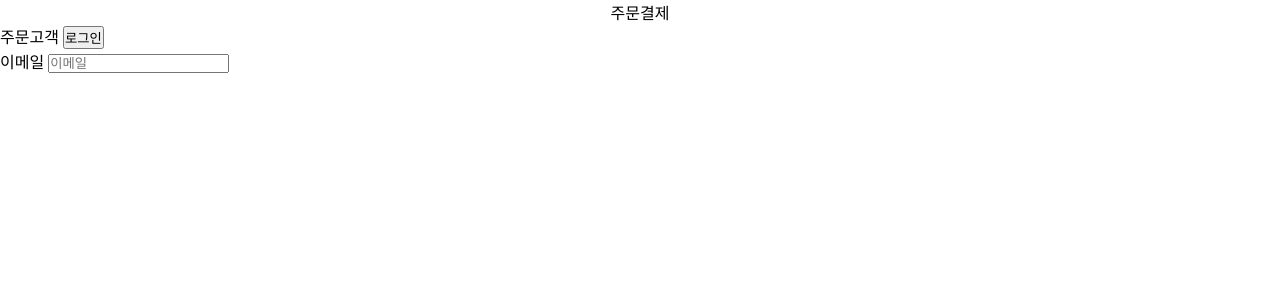
Repository: seungsu12/carrot
Page: http://localhost/carrot/orderform.jsp
An editor plug-in stored every save of this project. The page is shown before and after the next save, followed by the edit.
The browser window is 1280 px wide. The pictures show the whole page.
The page is served by Tomcat 9. Other server files are loaded and not shown.

Above is the page before, as saved 2021-09-09 01:36:33.

### carrot/WebContent/orderform.jsp
<%@ page language="java" contentType="text/html; charset=UTF-8"
    pageEncoding="UTF-8"%>
<!DOCTYPE html>
<html>
<head>
<meta charset="UTF-8">
<title>주문하기</title>
<link href="css/style.css?v=2" rel="stylesheet" type="text/css" />
<style>

</style>
</head>
<body>

	<div class="order_form_wrapper">
		<div class="order_title center">
			<span>주문결제</span>
		</div>
		<div>
			<div class="order_main">
				<div>
					<span>주문고객</span>
					<button>로그인</button>
				</div>
				<div>
					<label>이메일</label>
					<input type="email" name="email" placeholder="이메일">

				</div>
			</div>

			<div class="order_aside">

			</div>
		</div>


	</div>
</body>
</html>

### carrot/WebContent/css/style.css
@import "header.css";

@import "home.css";

@import "footer.css";

@import "signup.css";

@import "login.css";

@import "shoes.css";

.center{
	display:flex;
	justify-content :center;
	flex-direction : column;
	align-items : center;
}
*{
	margin:0;
	padding:0;
	box-sizing :border-box;
}

### carrot/WebContent/css/header.css
#header_wrap{
	margin : 0 auto 0 auto;
	height: 120px;
	display :grid;
	grid-template-columns: 0.6fr minmax(495px, 20%) minmax(495px,40%) minmax(450px ,27%) 0.6fr;
	grid-template-rows : 1fr 2fr ;


}
a{
	text-decoration: none;
}

 .header_item:nth-child(1){
	grid-column :1/2;
	grid-row :1/3;
	border :none;
	border-right: 1px solid grey;
}

.header_item:nth-child(2) a{
	height: 80px;
	text-decoration :none;
	border-bottom: 1px solid grey;
}
.header_item:nth-child(3){

	border-left: 1px solid grey;
	border-right: 1px solid grey;
}
.header_item:nth-child(4) div{
	position : relative;
	top:8px;
	left : 10px;

}
.header_item:nth-child(4) ul li{
	margin-right:40px;
	display:inline-block;
	text-decoration : none
}
.header_item:nth-child(4) ul li a{
	text-decoration : none;
	color : black;
	font-size:1.1em;
	margin-right: 5px

}
.header_item:nth-child(4) ul li a:hover{
	color : blue;
}
.header_item:nth-child(5){
	grid-row:1/3;
	grid-column: 5/6;
	border:none;
	border-left: 1px solid grey;
	font-family: 'Odibee Sans', cursive;
}

.header_item:nth-child(6) {
	text-decoration : none;
    color: unset;
 	grid-column:2/4;
 	grid-row:2/3;
 	border-top: solid 1px grey;
  	border-bottom: solid 1px grey;
}
.header_item:nth-child(6) a{
	text-decoration :none;
	font-size: 48px;
	position:relative;
	left : 35px;
	top: 10px;
	color: black;

}
.header_item:nth-child(7){
	border-top:1px solid grey;
	border-bottom: 1px solid grey;
	font-family: 'Odibee Sans', cursive;
}
/* .header_item:nth-child(7) ul li{
	display :inline-block;
}	 */

.header_item:nth-child(7) ul li a {
	text-decoration : none;
	color : black;
	font-size : 1.5em;
}

.header_item:nth-child(7) ul li a:hover {
	color :blue;
}
.header_item:nth-child(7) ul ul{
	display : none;
	position: absolute;
	line-height:62px;

}

.header_item:nth-child(7) ul ul li{
	float:none;

}
.header_item:nth-child(7) ul li:hover ul{
	display :block;
}

.sub_menu li a{
	font-size:1.5em;
}

.header_navybar {
	margin-right : 55px;
	position:relative;
	top : 24px;
	display: inline-block;
}
.sub_menu{
	width:108px;
	margin-top:28px;
	background : beige;
}
.sub_menu li{
	display : flex;
	justify-content : center;
}
#input_wrapper{
	display :flex;
	height:40px;
	border:none;
}

#header_input{
	width: 85%;
	margin-right: 10px;
	margin-left : 10px;
	border:none;
	height: 20px;
	position: relative;
	top : 10px;


}
#header_submit{
	border : none;
	border-radius: 0.9em;
	width:9%;
	background: white;
	font-size: 0.4em;
	font-size : 0.9em;

}
#header_submit:hover{
	background: grey;

}
.header_item:nth-child(3):hover{
	background : #CEC9C9;
}

### carrot/WebContent/css/home.css


#title{
	font-size : 1px;

}

#h1{
	border : 1px solid black;
}

#join_top{
	display: float;
	margin:0;
	text-align:center;
	height : 80px;
}

#mid{

	margin : 0 auto 0 auto;
	max-width:1000px;

}


.main{

	margin : 0 auto 0 auto;

	display : flex;
	align-items : center;
	justify-content : center;




}
.main_img{
	width : 1220px;
	height: 720px;

}
.main_text{
	font-size: 3.7em;

	position: relative;
	bottom : 180px;
	font-family : fantasy;


}
.main_wrapper{
	width: 1600px;
	height: 800px;
	display: flex;
	align-items: center;
	justify-content : space-between
}

### carrot/WebContent/css/footer.css
.footer_wrapper{
	background : #e2e4e0;
	height:360px;
 	margin : 0 auto 0 auto;
 	display : grid;
	grid-template-columns :  1fr 2fr 1fr 1fr 1fr 1fr 1fr 1fr;
	grid-template-rows : 0.5fr 1fr 4fr
}


.footer_wrapper div:nth-child(1){
	grid-column : 1/2;
	grid-row: 1/4;
}
.footer_wrapper div:nth-child(2){
	grid-column : 2/8;
}
.footer_wrapper div:nth-child(3){

	grid-column: 8/9;
    grid-row: 1/4;
}

.footer_header{
	grid-row:2/3;
	grid-column : 2/8;
	height: fit-content;

	display :grid;
	grid-template-columns : 5fr 2fr;
	grid-template-rows: 1fr;
}

.footer_icon{
	width: 100%;
	display: flex;
	justify-content: space-evenly;
	align-items: center;

}
.footer_icon i {
	font-size : 40px;
}


.logo {
	height: 100px;
	width: 100px;
}
.footer_itmes div{
	text-align: center;

}

.footer_items_list ul li{
	list-style : none;
	padding: none;
	line-height: 23px;
}
.footer_items_list ul li a{
	text-decoration: none;
	color : black;
}

.footer_items_title{
	font-weight: bold;
	font-size: 1.1em
}
.footer_icon_img img{
	border-radius : 50% 50%;
}

### carrot/WebContent/css/signup.css
#sign_pwd2{
	font-size:14px;
}
.sign_title a{
	text-decoration : none;
	color : black;
}
.sign_wrapper{

	width: 60%;
	margin : 50px auto 0 auto;
	display : flex;
	flex-direction:column;
	align-items: center;


}
.sign_title{

	margin : 25px auto 20px auto;
}
.sign_title a{
	font-size: 69px;

}


.sign_box {
	min-width:560px;
	display: flex;
	flex-direction:column;
}
.sign_box2{
	min-width:560px;
	display: flex;
	flex-direction:column;
}
.sign_box2 input{
	width :165px;
	height: 45px;
	padding :4px;
	font-size :16px;
}

.sign_box input{
    margin: 5px 0 10px 0;
    height: 45px;
    font-size:22px;
    padding: 4px;
}

#sign_gender {
	margin : 5px 0 10px 0;
	font-size: 16px;
	height :45px;
}
.singup_body{
	background: #F2F2F2;
}
.sign_birth_wrapper{
	display: flex;
	justify-content: space-between;

}
#sign_month{
	width: 165px;
	font-size : 16px;

}
#sign_submit{
	background : #FAAC58;
	margin-top : 30px;
	box-shadow : 10px 5px 5px grey;
}

#sign_submit :hover{
	background :#F8ECE0;
}

### carrot/WebContent/css/login.css

.login_title a{
	text-decoration : none;
	color : black;
}
.login_wrapper{
	display: flex;
	flex-direction : column;
	align-items: center;
	margin : 0 auto 0 auto;

}
.login_title{
	font-size :68px;
	margin : 100px 0 60px 0;
}
.login_box {
	margin-bottom : 10px;
	width: 420px;
}
.login_box input{
	width: 420px;
	padding:5px;
	height : 45px;
	font-size : 18px;

}
.login_hr {
	margin_top : 5px;
}
.login_list{
	display: flex;
    width: 300px;
    align-items: center;
    flex-direction: column;
}
.login_list a {
	text-decoration :none;
	color : grey;
	font-size : 13px;
}
.login_list div span{
	content : "|";
}
.login_hr{
 	margin-top : 20px;
}
.login_list div{
	display :felx;
	justify-content : space-between;
}

### carrot/WebContent/css/shoes.css
.shoes_image_wrapper{

	display:flex;
	flex-direction:column;
	align-items:center;
	padding-top : 4em;
}
.shoes_info{
	display :flex;
	flex-direction : column;
	min-width: 450px;
}
.shoes_wrapper{
	display :grid;
	grid-template-columns :3fr 1.5fr;
	width:78%;
	margin-top :2em;
}
.shoes_title{
	display :flex;
	justify-content: space-between;
}
.shoes_size_list{
	display: grid;
	grid-template-columns: 1fr 1fr 1fr 1fr 1fr;
	grid-row-gap : 0.4em;
	grid-column-gap : 0.3em;
	width : 80%;
	margin : 0 auto 0 auto;

}
.shoes_size{
 border : 1px solid grey;
 border-radius :0.2em;
 height : 40px;
}
.zerosize{
	background : #D8D8D8;
	opacity : 0.2;

}
.nonezerosize:hover{
	background:grey;
	color : white;
}
.shoes_name{
	font-size : 2em;
	margin : 1em 0 1em 0 ;
}
.shoes_size_title{
	margin-bottom :0.8em;
	font-weight : bold;
	font-size : 1.2em;
}
.shoes_count_wrapper{
	margin : 2.5em 0 1em 0;
}
.shoes_count_wrapper *{
	margin-right: 1em;
}
.shoes_count_wrapper button{
	background: white;
	border: none;
	}
.shoes_count_wrapper input{
	border :none;
	width: 3%;
}
/* input spin 제거 */
input::-webkit-outer-spin-button,
input::-webkit-inner-spin-button {
  -webkit-appearance: none;
  margin: 0;
}

/* Firefox */
input[type=number] {
  -moz-appearance: textfield;
}
#plus_icon{
	font-weight : 100;
}
#minus_icon{
	font-weight : 100;
}
.shoes_button_wrapper{
	margin-top :1.5em;

}
.shoes_buy_button{
	border :1px solid black;
	background :black;
	color:white;
	width : 400px;
	border-radius : 1em;
	height: 55px;
	font-size : 1.1em;
}
.shoes_buy_button:hover{
	background:white;
	color:black;

}
.shoes_button_wrapper2{
	display : flex;
	justify-content : space-between;
	margin-top :1em;
	width : 400px;
}
.shoes_etc_button{
	border : 1px solid black;
	border-radius : 1em;
	font-size : 1em;
	background : white;
	width : 180px;
	height: 45px;
}
.shoes_etc_button:hover{
	background :black;
	color : white;
}
.shoes_review_title{
	margin-bottom: 1.8em;
	display :flex;
	justify-content : space-between;
}
.shoes_review_title2{
	display:flex;
}
.shoes_review_write{
	margin-bottom: 1.5em;
}
.review_title{
	font-size : 1.8em;
}
.review_star{
	margin : 0.8em 0 0.8em 0;
}

.review_info_wrapper span{
	color : grey;
	font-size : 0.8em;
	margin-left : 1em;
}
 .review_img{
 	height: 200px;
 }
.review_content{
	margin : 1em 0 1em 0;
}
.review_img img{
	width: 40%;
	height :80%;
}
.shoes_review_hidden{
	display : none;
}
.star{
	width : 1rem;
}
shoes_review_list_wrapper{
	margin-top : 2rem;
}
.review_signup_wrapper{
	display : none;
    padding: 1rem;
    margin-bottom : 2rem;
    justify-content: center;
    flex-direction: column;
    align-items: center;
}
.review_word{
	margin-right: 1rem;
}

.review_signup_title{
	margin-bottom :1.5rem;

}
.review_signup_title input{

	width:22rem;
	height: 1.2rem;
}
.review_signup_star_wrapper{
	display :flex;
}
.review_signup_star_wrapper2{
	margin-left :0.4rem;
	width:22rem;
}
.review_signup_content textarea{
	resize :none;
	width: 22rem;
	height: 8rem;
}
.review_signup_content span{
	vertical-align : top;
}
.review_signup_img{
	margin-top : 1rem;
}
.review_signup_img > input{
	width: 22rem;
}
#review_button{
	margin-top : 2rem;
	background: beige;
    width: 7rem;
    height: 1.9rem;
    border-radius: 0.5rem;
}
#review_button:hover{
	background:lightslategray;
	color:white;
}

After the next save:
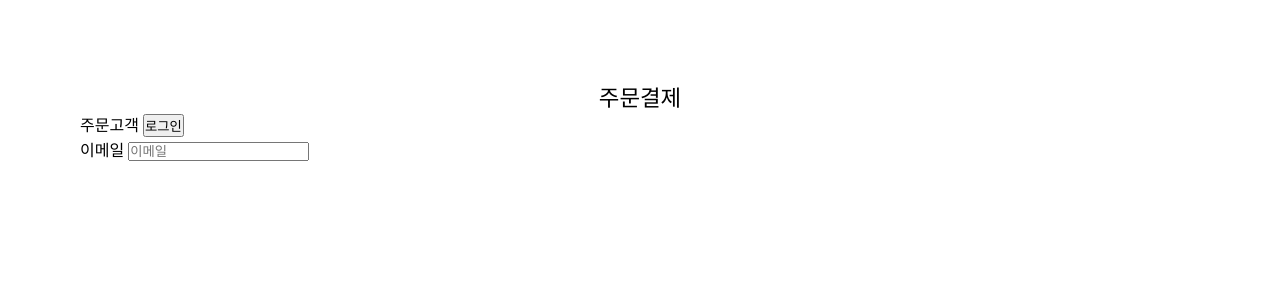
Saved 3 min 6 s later.
--- a/carrot/WebContent/orderform.jsp
+++ b/carrot/WebContent/orderform.jsp
@@ -7,7 +7,13 @@
 <title>주문하기</title>
 <link href="css/style.css?v=2" rel="stylesheet" type="text/css" />
 <style>
+.order_form_wrapper{
+	padding : 5rem;
+}
+.order_title{
+	font-size : 1.4rem;
 
+}
 </style>
 </head>
 <body>
